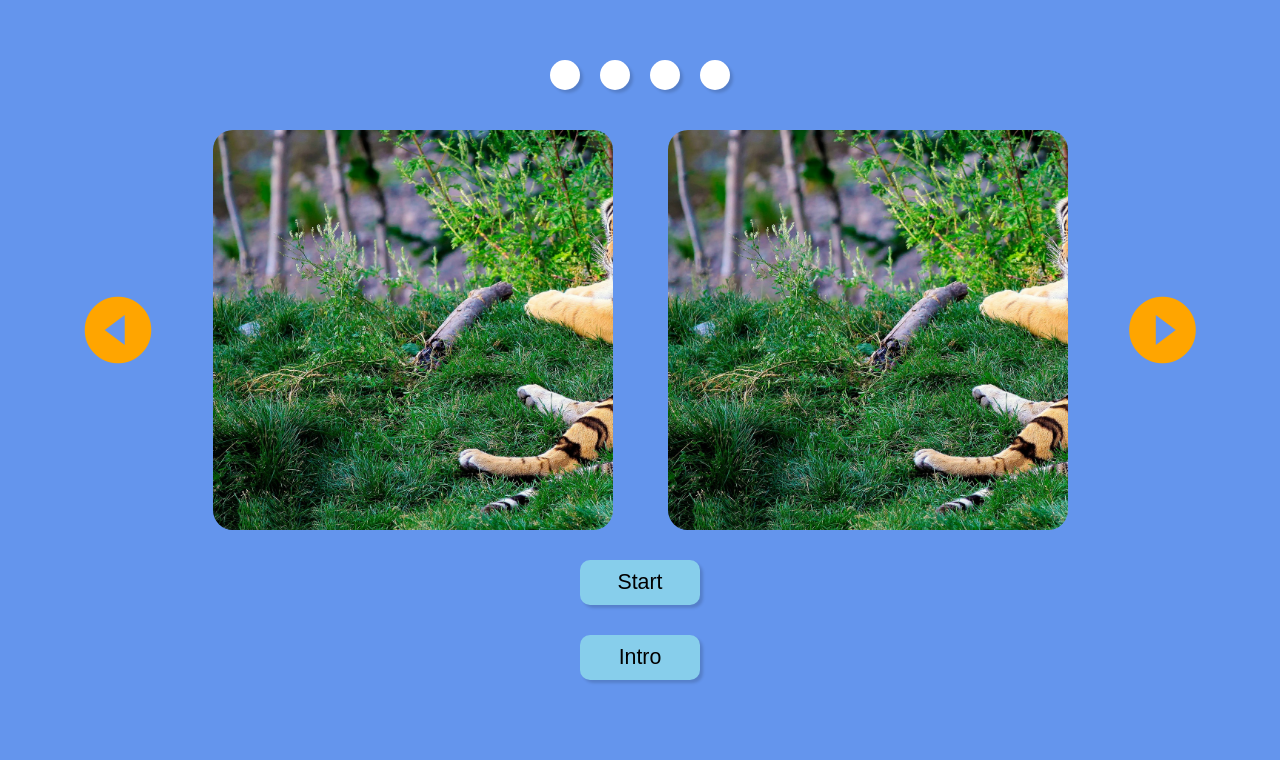
Repository: sylviaah/dynamicmidterm
Page: slider/slider.html
An editor plug-in stored every save of this project. The page is shown before and after the next save, followed by the edit.
The browser window is 1280 px wide. The pictures show the whole page.

Above is the page before, as saved 2020-03-13 13:05:36.

### slider/slider.html
<!DOCTYPE html>
<html>
    <html>
        <title>Slider</title>
        <link rel="stylesheet" href="slider.css">
        <link href="https://fonts.googleapis.com/icon?family=Material+Icons" rel="stylesheet">
    </html>
    <body>
        <div class="slider">
            <div class="slider_progress">
                <div class="progress 25"></div>
                <div class="progress 50"></div>
                <div class="progress 75"></div>
                <div class="progress 100"></div>
            </div>
            <div class="slider_slider">
                <i class="material-icons arrow_left" onclick="previous()">play_circle_filled</i>
                <div class="image_div img1">
                    <img class="instructions_image" src="imgs/img1.jpg" alt="">
                </div>
                <div class="image_div img2">
                    <img class="instructions_image" src="imgs/img1.jpg" alt="">
                </div>
                <i class="material-icons arrow_right" onclick="next()">play_circle_filled</i>
            </div>
            <div class="slider_menu">
                <div class="menu_start">Start</div>
                <div class="menu_intro">Intro</div>
            </div>
        </div>
        <script src="slider.js"></script>
    </body>
</html>

### slider/slider.css
body,html {
    margin: 0;
    background-color: cornflowerblue;
}

.slider{
    padding: 50px;
    display: flex;
    flex-direction: column;
    align-items: center;
}

.slider_progress{
    display: flex;
    margin-bottom: 30px;
}

.slider_progress div{
    width: 30px;
    height: 30px;
    margin: 10px;
    background-color: white;
    border-radius: 50%;
    box-shadow: 3px 3px 3px rgb(0, 0, 0, 0.15);
}

.slider_slider{
    display: flex;
    width: 100%;
    align-items: center;
    justify-content: space-around;
}

.material-icons.arrow_left {
    /* visibility: hidden; */
    transform: rotate(180deg);
    font-size: 80px;
    color: orange;
}

.material-icons.arrow_right {
    visibility: visible;
    color: orange;
    font-size: 80px;
}

.image_div{
    width: 400px;
    height: 400px;
    overflow: hidden;
    border-radius: 20px;
}

.image_div img{
    object-fit: cover;
    height: 400px;
}

.menu_start, .menu_intro{
    display: flex;
    width: 100px;
    margin: 30px;
    justify-content: center;
    border-radius: 10px;
    padding: 10px 10px;
    background-color:skyblue;
    font-size: 16pt;
    font-family: Arial, Helvetica, sans-serif;
    box-shadow: 3px 3px 3px rgb(0, 0, 0, 0.15);
}

Loaded but not shown: slider/slider.js (no copy from this time; the picture is the same without it)

After the next save:
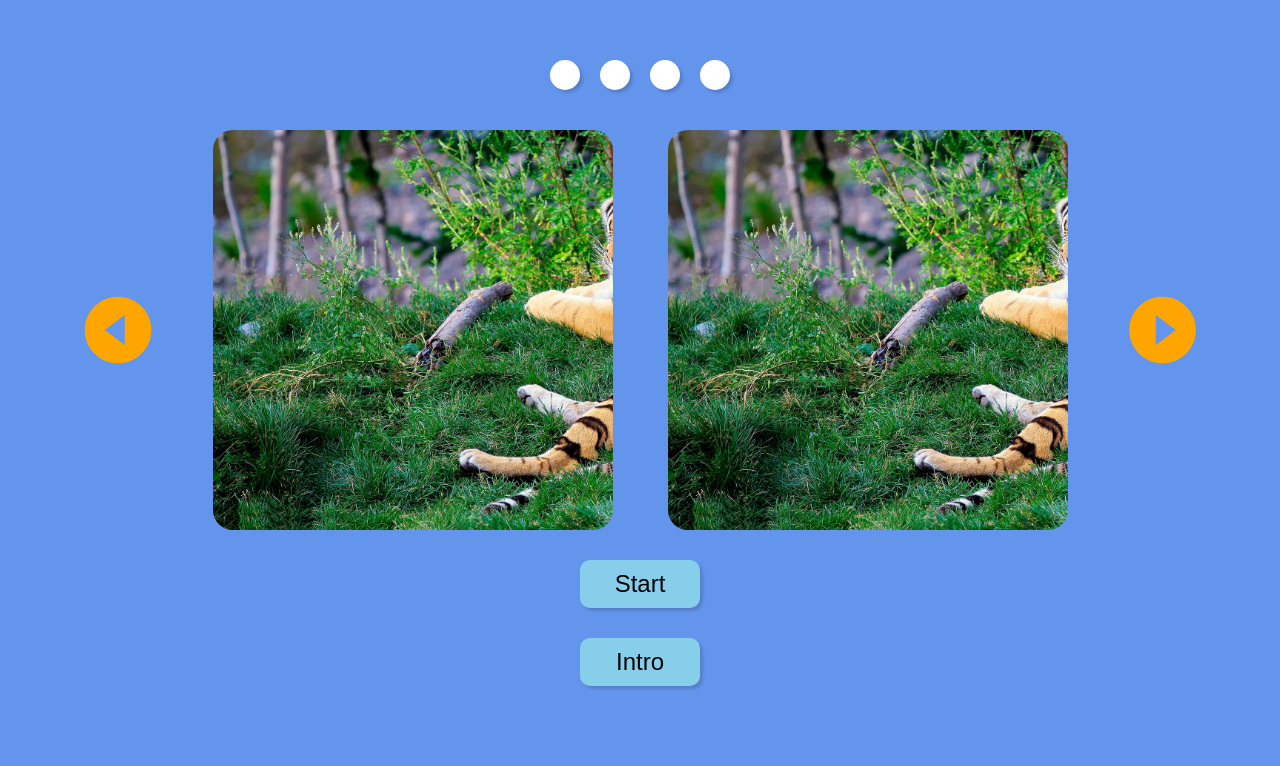
Saved 74 s later.
--- a/slider/slider.css
+++ b/slider/slider.css
@@ -64,7 +64,7 @@ body,html {
     border-radius: 10px;
     padding: 10px 10px;
     background-color:skyblue;
-    font-size: 16pt;
+    font-size: 18pt;
     font-family: Arial, Helvetica, sans-serif;
     box-shadow: 3px 3px 3px rgb(0, 0, 0, 0.15);
 }
